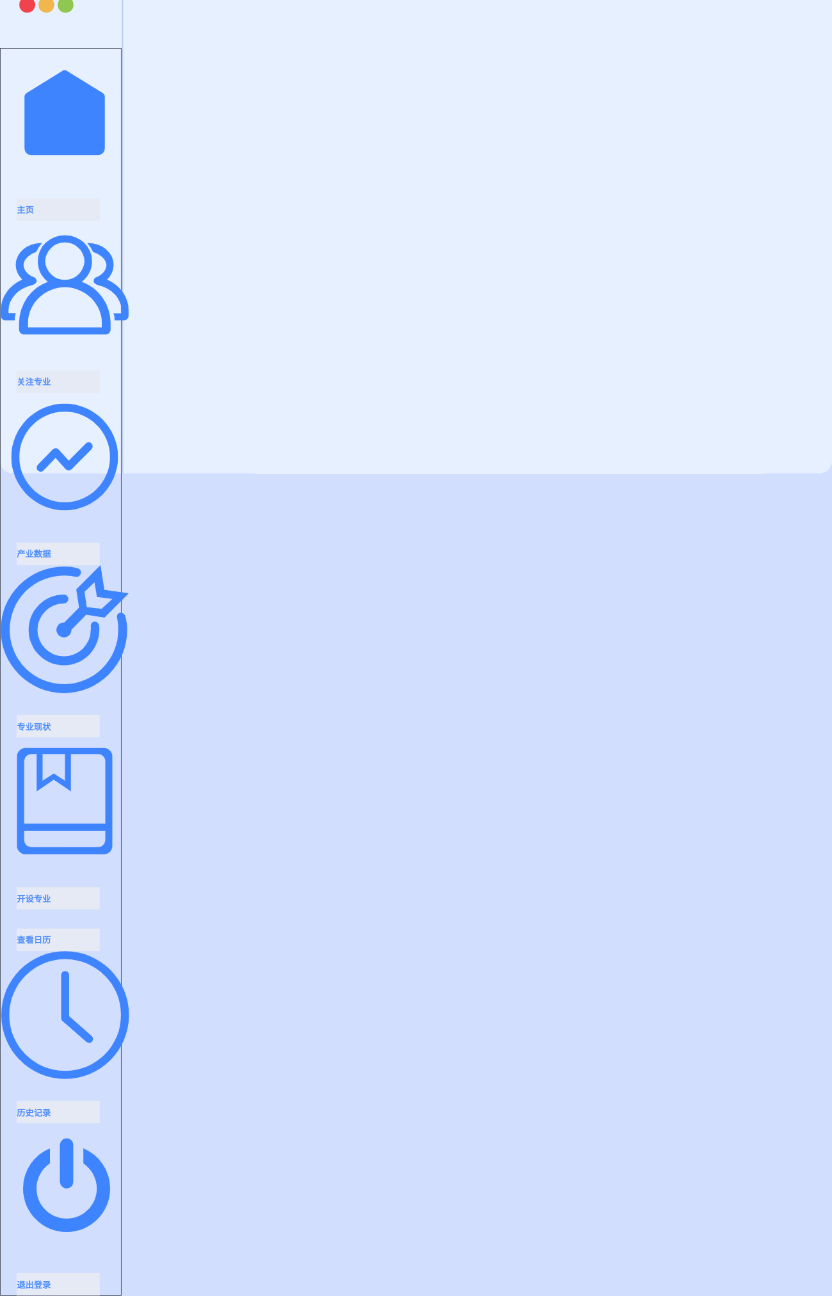
Repository: akaCSDN/test
Page: 2.1主页.html
An editor plug-in stored every save of this project. The page is shown before and after the next save, followed by the edit.
The browser window is 1280 px wide. The page is 1300 px wide, so the pictures cover 1300 px, including what lies to the right of the window. The pictures show the whole page, at 64% of full size.

Above is the page before, as saved 2022-12-02 15:06:08.
Not found: icon//日历.png

After the next save:
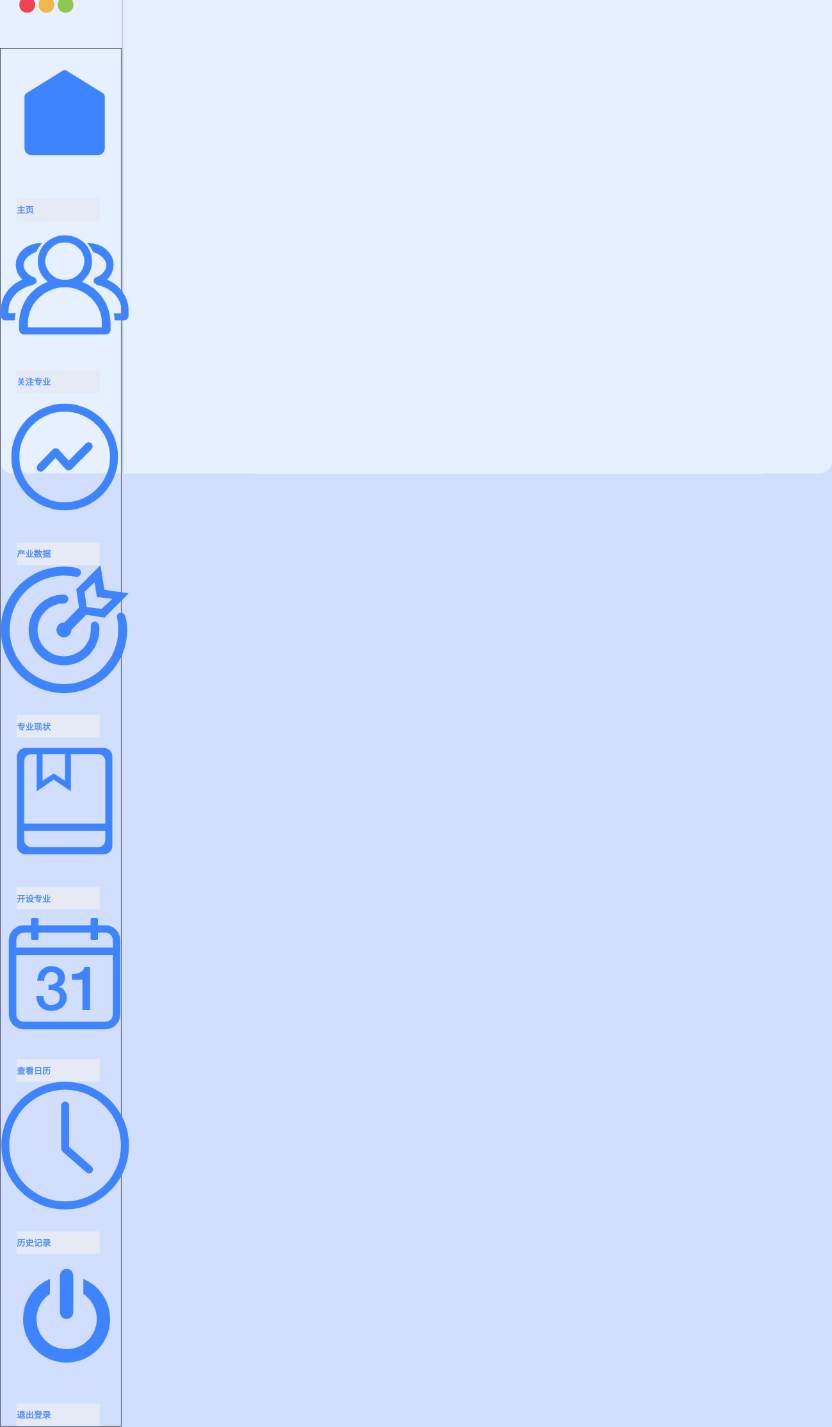
Saved 4 s later.
--- a/2.1主页.html
+++ b/2.1主页.html
@@ -91,7 +91,7 @@
                     <br>
                     <img src="./icon/开设.png" alt=""><button>开设专业</button>
                     <br>
-                    <img src="./icon//日历.png" alt=""><button>查看日历</button>
+                    <img src="./icon/日历.png" alt=""><button>查看日历</button>
                     <br>
                     <img src="./icon/历史.png" alt=""><button>历史记录</button>
                     <br>
